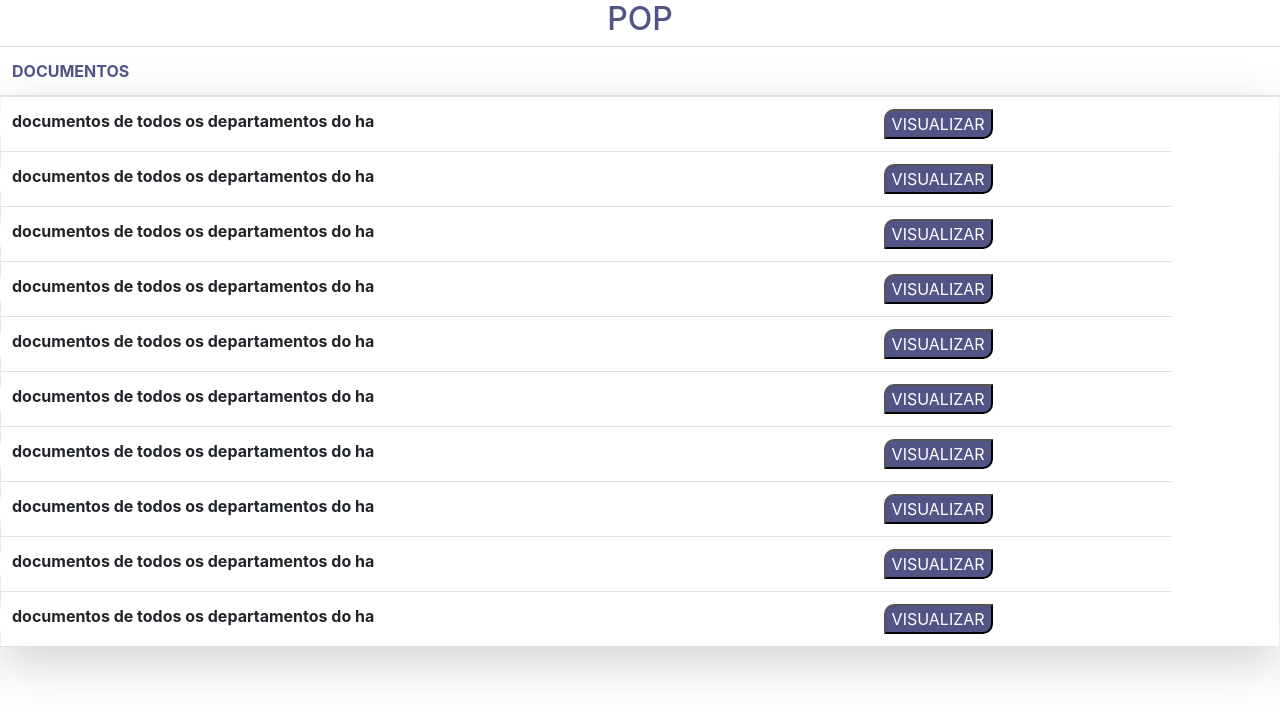
Repository: Leandromarim/INTRANET_PARTICULAR
Page: pop.html
These files come from the project's save history. The page is drawn as it stood at one moment and after the next save; the edit follows.
The browser window is 1280 px wide. The pictures show the whole page.

Above is the page before, as saved 2021-12-17 10:17:51.
Not found: ajax.js

### pop.html
<!DOCTYPE html>
<html lang="pt-br">

<head>
    <meta charset="UTF-8" />
    <meta http-equiv="X-UA-Compatible" content="IE=edge" />
    <meta name="viewport" content="width=device-width, initial-scale=1.0" />
    <link rel="stylesheet" href="./assets/css/bootstrap-grid.css" />
    <link rel="stylesheet" href="./assets/css/bootstrap-grid.min.css" />
    <link rel="stylesheet" href="./assets/css/bootstrap.css" />
    <link rel="stylesheet" href="./assets/css/bootstrap.css" />
    <link rel="stylesheet" href="./assets/css/tables.css" />
    <link rel="stylesheet" href="./assets/css/body.css" />
    <link rel="stylesheet" href="https://stackpath.bootstrapcdn.com/bootstrap/4.1.3/css/bootstrap.min.css" integrity="sha384-MCw98/SFnGE8fJT3GXwEOngsV7Zt27NXFoaoApmYm81iuXoPkFOJwJ8ERdknLPMO" crossorigin="anonymous" />
    <link rel="icon" href="./image/ico/ico_ha.ico" />
    <title>Intranet 2.0</title>
</head>

<body>
    <header id="mainheader"></header>
    <div id="container"></div>
    <main>
        <section class="titulo-docs">
            <h2>
                POP
            </h2>
        </section>
        <table class="table">
            <thead>
                <tr>
                    <th class="celula" scope="col">Documentos</th>
                    <th scope="col"></th>
                    <th scope="col"></th>
                    <th scope="col"></th>
                </tr>
            </thead>
            <tbody class="shadow-sm shadow-lg p-3 mb-5 bg-white">
                <tr>
                    <th>documentos de todos os departamentos do ha</th>
                    <td><a href="#"><button type="button" class="btn-visualizar">VISUALIZAR</button></a></td>
                </tr>
                <tr>
                    <th>documentos de todos os departamentos do ha</th>
                    <td><a href="#"><button type="button" class="btn-visualizar">VISUALIZAR</button></a></td>
                </tr>
                <tr>
                    <th>documentos de todos os departamentos do ha</th>
                    <td><a href="#"><button type="button" class="btn-visualizar">VISUALIZAR</button></a></td>
                </tr>
                <tr>
                    <th>documentos de todos os departamentos do ha</th>
                    <td><a href="#"><button type="button" class="btn-visualizar">VISUALIZAR</button></a></td>
                </tr>
                <tr>
                    <th>documentos de todos os departamentos do ha</th>
                    <td><a href="#"><button type="button" class="btn-visualizar">VISUALIZAR</button></a></td>
                </tr>
                <tr>
                    <th>documentos de todos os departamentos do ha</th>
                    <td><a href="#"><button type="button" class="btn-visualizar">VISUALIZAR</button></a></td>
                </tr>
                <tr>
                    <th>documentos de todos os departamentos do ha</th>
                    <td><a href="#"><button type="button" class="btn-visualizar">VISUALIZAR</button></a></td>
                </tr>
                <tr>
                    <th>documentos de todos os departamentos do ha</th>
                    <td><a href="#"><button type="button" class="btn-visualizar">VISUALIZAR</button></a></td>
                </tr>
                <tr>
                    <th>documentos de todos os departamentos do ha</th>
                    <td><a href="#"><button type="button" class="btn-visualizar">VISUALIZAR</button></a></td>
                </tr>
                <tr>
                    <th>documentos de todos os departamentos do ha</th>
                    <td><a href="#"><button type="button" class="btn-visualizar">VISUALIZAR</button></a></td>
                </tr>

            </tbody>
        </table>
    </main>
    <footer id="mainfooter"></footer>
</body>
<script src="assets/js/bootstrap.js"></script>
<script src="ajax.js"></script>

</html>

### assets/css/tables.css
.tabela {
    position: relative;
    display: flex;
    align-items: center;
    align-content: center;
    justify-items: center;
    justify-content: center;
}

thead h2.titulo-tabela {
    position: relative;
    display: flex;
    justify-content: center;
    justify-items: center;
    align-items: center;
    align-content: center;
    background-color: blue;
}

### assets/css/body.css
.container-card {
    display: flex;
    position: relative;
    align-items: center;
    align-content: center;
    justify-content: center;
    justify-items: center;
}

.container-card img {
    border-radius: 20px 0 20px 0;
}

div.card {
    position: relative;
    display: flex;
    width: 20rem;
    margin: 5px;
    padding: 1px;
    background-color: #525486;
    border-radius: 20px 0 20px 0;
    top: 10px;
}

#card-text {
    display: flex;
    position: relative;
    color: white;
    align-content: center;
    align-items: center;
    justify-content: center;
    justify-items: center;
}

.titulo-docs h2 {
    position: relative;
    display: flex;
    justify-content: center;
    color: #525486;
}

main table.table {
    background-color: #fff;
}

th.celula,
td.coluna {
    color: #525486;
    text-transform: uppercase;
}

th {
    border-radius: 20px;
}

td .btn-visualizar {
    background-color: #525486;
    color: #fff;
    border-radius: 10px 0 10px 0;
}

td .btn-visualizar:hover {
    background-color: #fff;
    color: #525486;
}

Loaded but not shown: assets/css/bootstrap-grid.css (library); assets/css/bootstrap-grid.min.css (library); assets/css/bootstrap.css (library); assets/js/bootstrap.js (library)

After the next save:
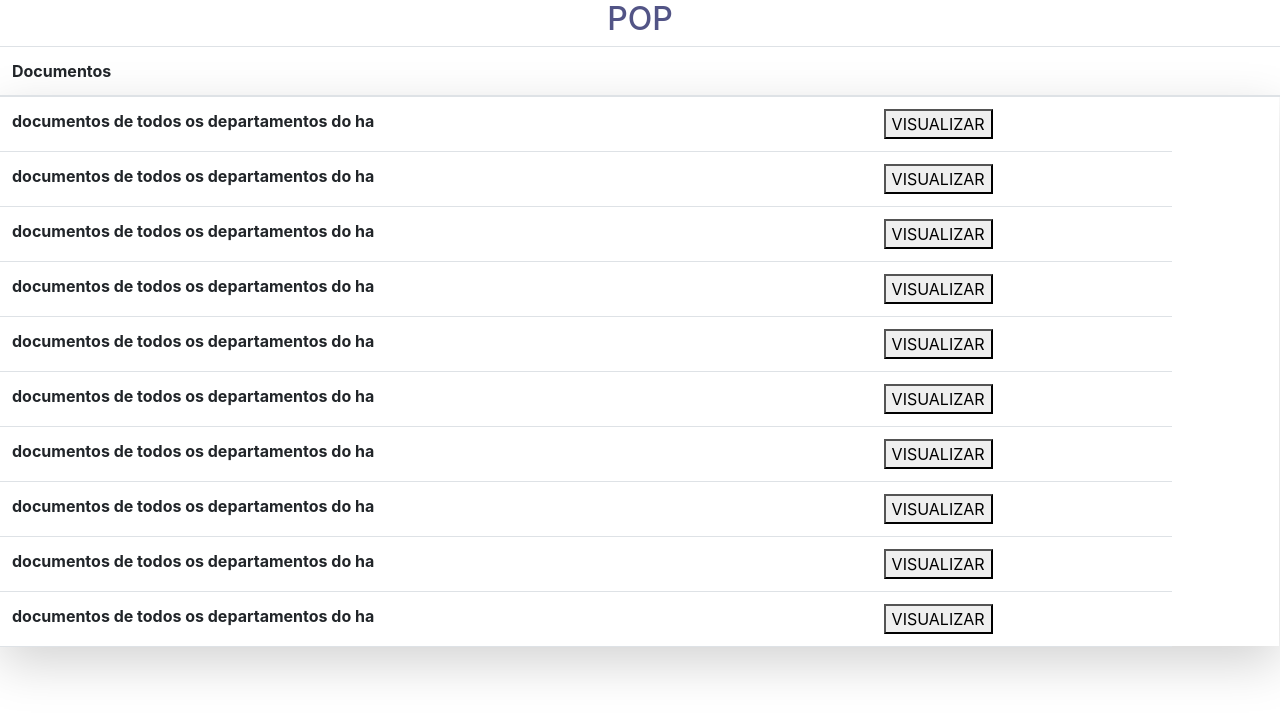
Saved 45 s later.
--- a/assets/css/body.css
+++ b/assets/css/body.css
@@ -38,28 +38,3 @@ div.card {
     justify-content: center;
     color: #525486;
 }
-
-main table.table {
-    background-color: #fff;
-}
-
-th.celula,
-td.coluna {
-    color: #525486;
-    text-transform: uppercase;
-}
-
-th {
-    border-radius: 20px;
-}
-
-td .btn-visualizar {
-    background-color: #525486;
-    color: #fff;
-    border-radius: 10px 0 10px 0;
-}
-
-td .btn-visualizar:hover {
-    background-color: #fff;
-    color: #525486;
-}

After the save that followed:
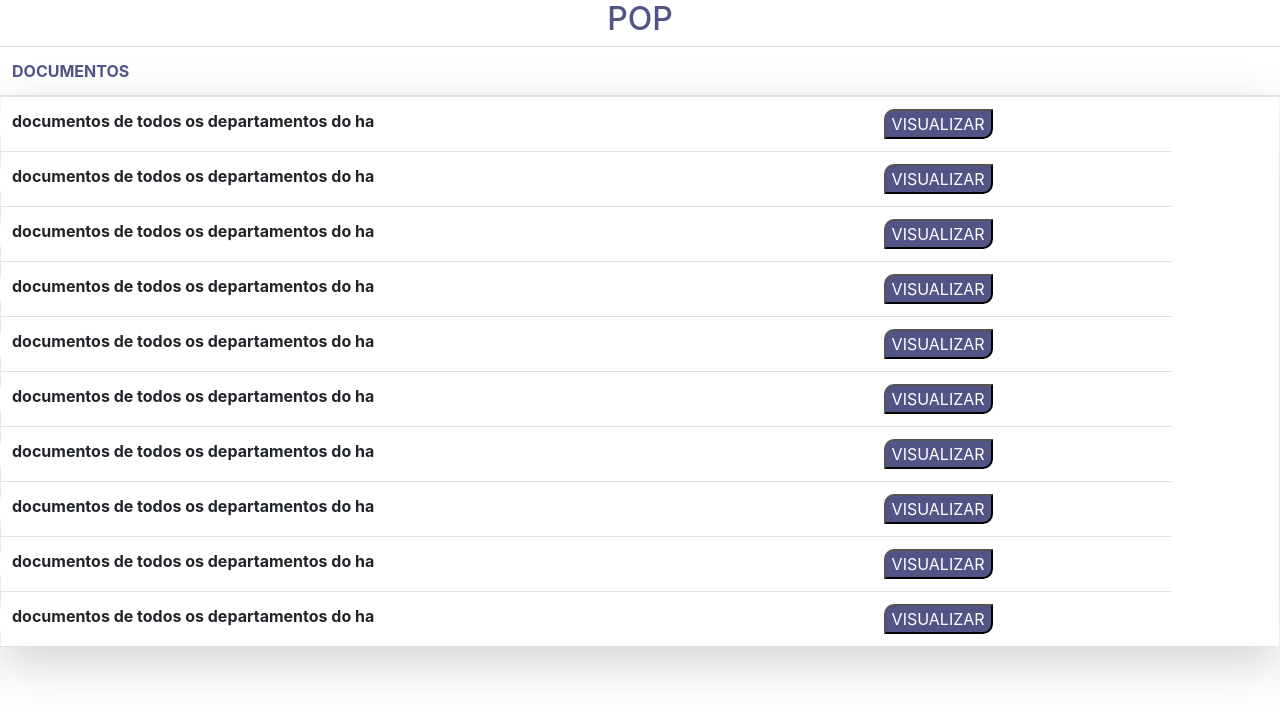
Saved 7 s later.
--- a/assets/css/tables.css
+++ b/assets/css/tables.css
@@ -16,3 +16,29 @@ thead h2.titulo-tabela {
     align-content: center;
     background-color: blue;
 }
+
+
+main table.table {
+    background-color: #fff;
+}
+
+th.celula,
+td.coluna {
+    color: #525486;
+    text-transform: uppercase;
+}
+
+th {
+    border-radius: 20px;
+}
+
+td .btn-visualizar {
+    background-color: #525486;
+    color: #fff;
+    border-radius: 10px 0 10px 0;
+}
+
+td .btn-visualizar:hover {
+    background-color: #fff;
+    color: #525486;
+}
